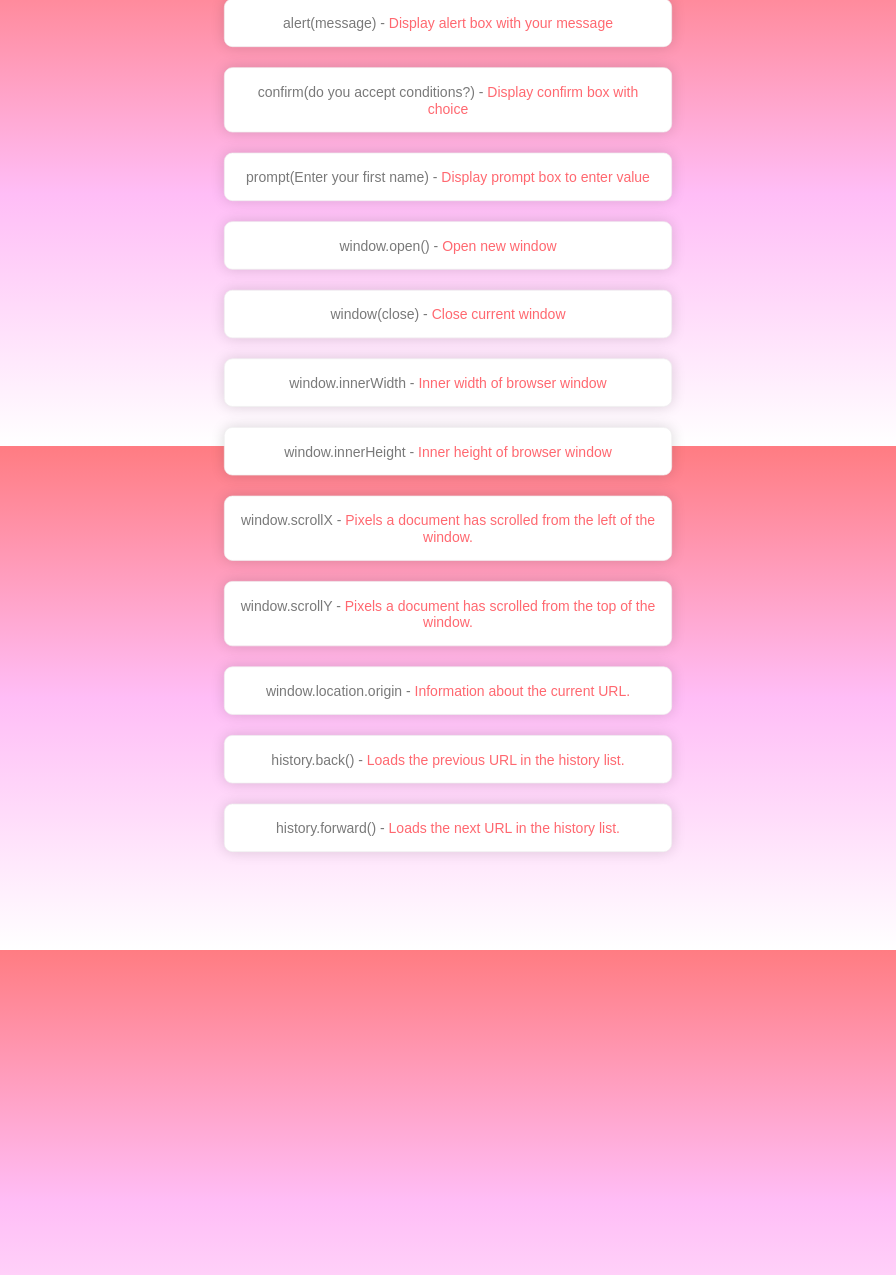
Repository: michalgornicki/javascript
Page: /#/Window
The author's editor kept a copy of each file at every save. The page is drawn from the files as they stood at one save, then again after a run of saves.
The browser window is 1280 px wide. The pictures show the part of the page from y = 803 to 2723 px (the page is 2625 px tall before and 2723 px after), at 70% of full size.
Backgrounds fixed to the window are drawn as part of the page. The project was rebuilt for these pictures with package versions that can differ from the ones it lists, and the page was loaded fresh each time. Also part of the build but not shown: src/index.css, src/components/arrays.jsx, src/components/variables.jsx, src/components/numbers.jsx, src/components/loops.jsx, src/components/async.jsx, src/components/DOM manipulation.jsx.

Above is the page before, as saved 2022-02-01 08:32:08.

### src/App.jsx
import React from "react";
import "./App.css";
import "bootstrap/dist/css/bootstrap.min.css";
import { Route, HashRouter as Router, Routes, Link } from "react-router-dom";
import Arrays from "./components/arrays.jsx"
import Variables from "./components/variables.jsx"
import Numbers from "./components/numbers.jsx"
import Loops from "./components/loops.jsx"
import Async from "./components/async.jsx"
import DOM from "./components/DOM manipulation.jsx"
import Window from "./components/window.jsx"

function App() {


  return (
    <Router>
    <div className="text-center">
      <div className="display-1 mt-1 mb-5 text-white">Javascript repeat course</div>

      <div className="h3 d-flex w-75 m-auto my-5 justify-content-evenly flex-wrap text-white">

      <Link className="link-style mx-3" to="/">Arrays and objects</Link>
      <Link className="link-style mx-3" to="/Numbers">Numbers</Link>
      <Link className="link-style mx-3" to="/Variables">Variables</Link>
      <Link className="link-style mx-3" to="/Loops">Loops</Link>
      <Link className="link-style mx-3" to="/Async">Async</Link>
      <Link className="link-style mx-3" to="/DOM">DOM</Link>
      <Link className="link-style mx-3" to="/Window">Window</Link>


      </div>

      <Routes>
          <Route path="/" element={<Arrays />} />
          <Route path="/Numbers" element={<Numbers />} />
          <Route path="/Variables" element={<Variables />} />
          <Route path="/Loops" element={<Loops />} />
          <Route path="/Async" element={<Async />} />
          <Route path="/DOM" element={<DOM />} />
          <Route path="/Window" element={<Window />} />
        </Routes>


    </div>
    </Router>
  );
}

export default App;

### src/App.css
body{
    font-family: Arial, Helvetica, sans-serif!important;
    overflow-x: hidden;
    padding-bottom: 80vh;
    height: auto;
    background: linear-gradient(0deg, rgb(255, 255, 255), rgb(255, 189, 246), rgb(255, 124, 130));
    background-attachment: fixed;
}

.js-item{
    color:rgb(121, 121, 121);
    background-color: white;
    transition: 0.2s;
    padding: 3vh;
    margin-bottom: 4vh!important;
    border: 1px solid rgb(240, 240, 240);
    width: 50%;
    margin-left: auto;
    margin-right: auto;
    box-shadow: 0px 0px 20px rgba(0, 0, 0, 0.15);
    border-radius: 0.75rem;
}

.js-item:hover{
    cursor: pointer;
    background-color: rgb(240, 240, 240);
}

.text-pink{
    color:rgb(255, 104, 112)!important;
}

.link-style{
    color: inherit;
    text-decoration: inherit;
}

.link-style:hover{
    color: rgb(255, 104, 112);
}

@media only screen and (max-device-width: 600px), (max-width: 600px) {

    .js-item{
        width: 95%;
    }

}

### src/components/window.jsx
const Window = () => {
  return (
    <div className="">
      <div className="js-item h5">
        {" "}
        <span className="">{"Window"} -</span>
        <span className="text-pink"> This object represents an open window in a browser.</span> <br />
      </div>
      <div className="js-item h5">
        {" "}
        <span className="">{"setInterval(() => function(), 500)"} -</span>
        <span className="text-pink"> Repeat function() every 500 miliseconds </span> <br />
      </div>
      <div className="js-item h5">
        {" "}
        <span className="">{"clearInterval(myInterval)"} -</span>
        <span className="text-pink"> Clear myInterval from executing </span> <br />
      </div>
      <div className="js-item h5">
        {" "}
        <span className="">{"setTimeout(() => function(), 500)"} -</span>
        <span className="text-pink"> Execute function() after 500 miliseconds </span> <br />
      </div>
      <div className="js-item h5">
        {" "}
        <span className="">{"clearTimeout(MyTimeout)"} -</span>
        <span className="text-pink"> Prevent MyTimeout from executing </span> <br />
      </div>
      <div className="js-item h5">
        {" "}
        <span className="">{"alert(message)"} -</span>
        <span className="text-pink"> Display alert box with your message </span> <br />
      </div>
      <div className="js-item h5">
        {" "}
        <span className="">{"confirm(do you accept conditions?)"} -</span>
        <span className="text-pink"> Display confirm box with choice </span> <br />
      </div>
      <div className="js-item h5">
        {" "}
        <span className="">{"prompt(Enter your first name)"} -</span>
        <span className="text-pink"> Display prompt box to enter value </span> <br />
      </div>
      <div className="js-item h5">
        {" "}
        <span className="">{"window.open()"} -</span>
        <span className="text-pink"> Open new window </span> <br />
      </div>
      <div className="js-item h5">
        {" "}
        <span className="">{"window(close)"} -</span>
        <span className="text-pink"> Close current window </span> <br />
      </div>
      <div className="js-item h5">
        {" "}
        <span className="">{"window.innerWidth"} -</span>
        <span className="text-pink"> Inner width of browser window </span> <br />
      </div>
      <div className="js-item h5">
        {" "}
        <span className="">{"window.innerHeight"} -</span>
        <span className="text-pink"> Inner height of browser window </span> <br />
      </div>
      <div className="js-item h5">
        {" "}
        <span className="">{"window.scrollX"} -</span>
        <span className="text-pink"> Pixels a document has scrolled from the left of the window.</span> <br />
      </div>
      <div className="js-item h5">
        {" "}
        <span className="">{"window.scrollY"} -</span>
        <span className="text-pink"> Pixels a document has scrolled from the top of the window. </span> <br />
      </div>
      <div className="js-item h5">
        {" "}
        <span className="">{"window.location.origin"} -</span>
        <span className="text-pink"> Information about the current URL.</span> <br />
      </div>
      <div className="js-item h5">
        {" "}
        <span className="">{"history.back()"} -</span>
        <span className="text-pink"> Loads the previous URL in the history list.</span> <br />
      </div>
      <div className="js-item h5">
        {" "}
        <span className="">{"history.forward()"} -</span>
        <span className="text-pink"> Loads the next URL in the history list.</span> <br />
      </div>
    </div>
  );
};

export default Window;

Loaded but not shown: public/index.html (common file); src/index.js (common file); src/reportWebVitals.js (common file)

After the next 2 saves:
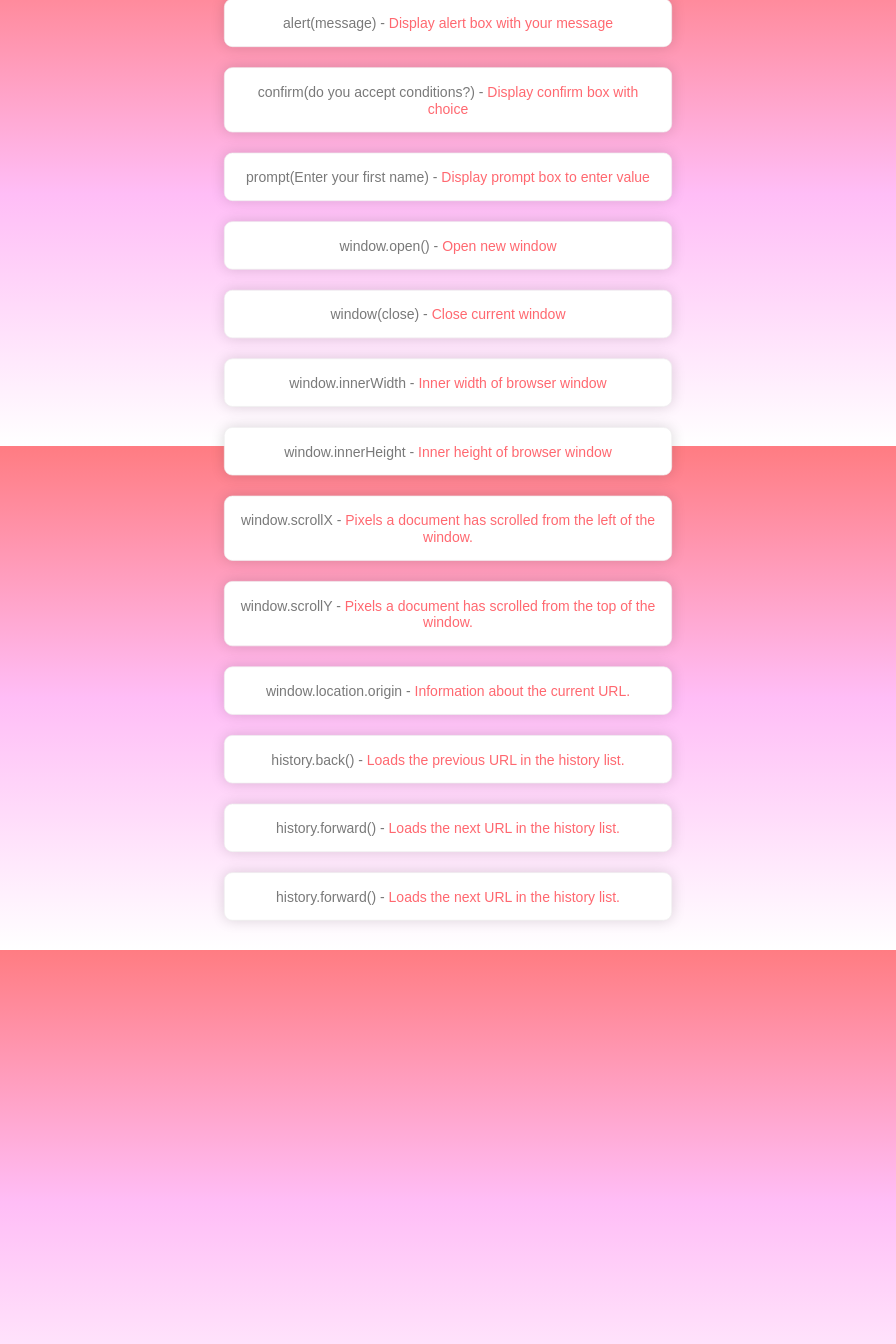
The 2 saves are shown as one change because they came seconds apart.
The last was saved 2 min 23 s later.
--- a/src/components/window.jsx
+++ b/src/components/window.jsx
@@ -86,6 +86,11 @@ const Window = () => {
         <span className="">{"history.forward()"} -</span>
         <span className="text-pink"> Loads the next URL in the history list.</span> <br />
       </div>
+      <div className="js-item h5">
+        {" "}
+        <span className="">{"history.forward()"} -</span>
+        <span className="text-pink"> Loads the next URL in the history list.</span> <br />
+      </div>
     </div>
   );
 };
